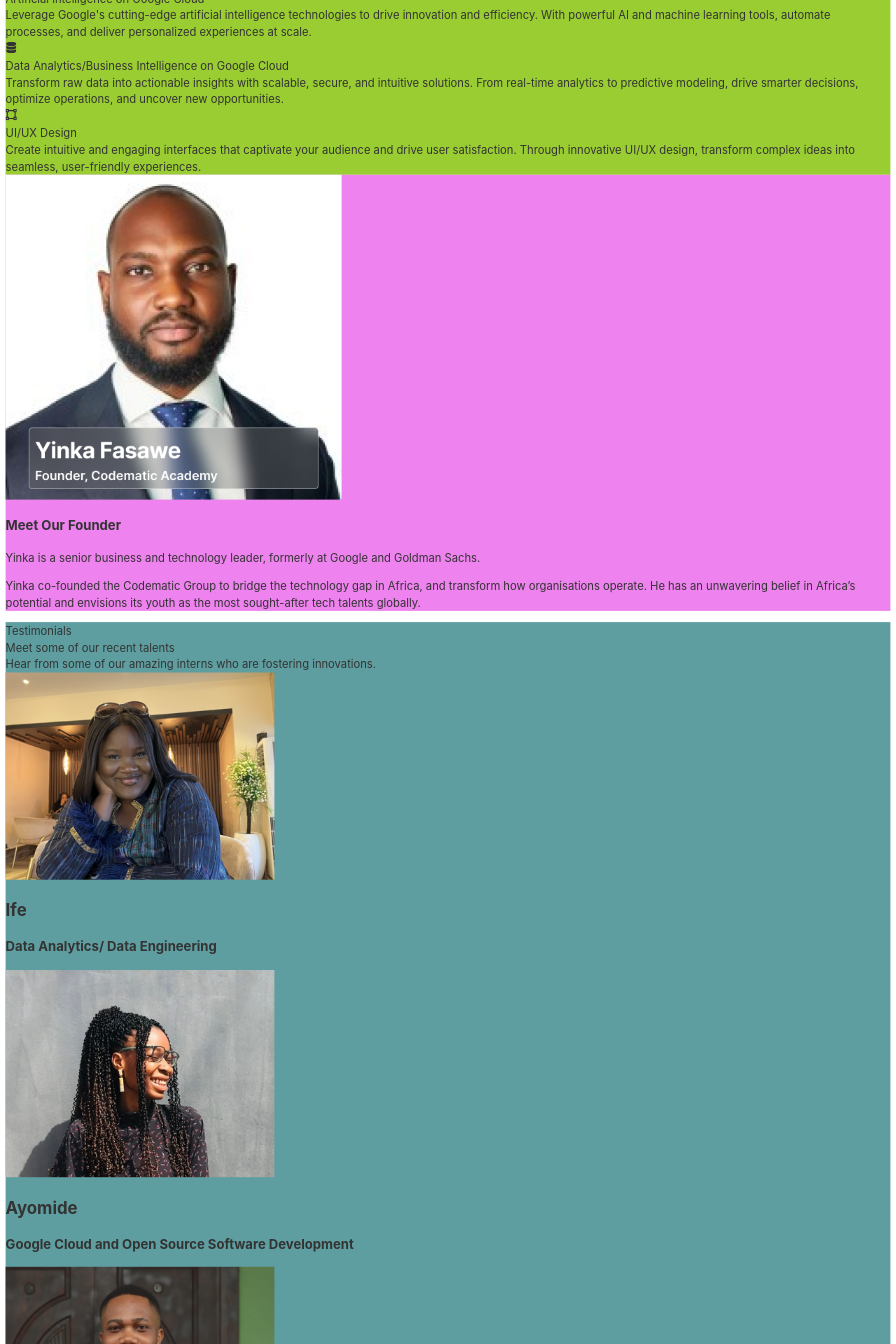
Repository: Gabriel221-dev/Codematic-page
Page: /
These files come from the project's save history. The page is drawn as it stood at one moment and after the next save; the edit follows.
The browser window is 1280 px wide. The pictures show the part of the page from y = 2414 to 4334 px (the page is 4952 px tall before and 5048 px after), at 70% of full size.
The project was rebuilt for these pictures with package versions that can differ from the ones it lists, and the page was loaded fresh each time. Also part of the build but not shown: vite.config.js.

Above is the page before, as saved 2024-07-25 11:28:29.

After the next save:
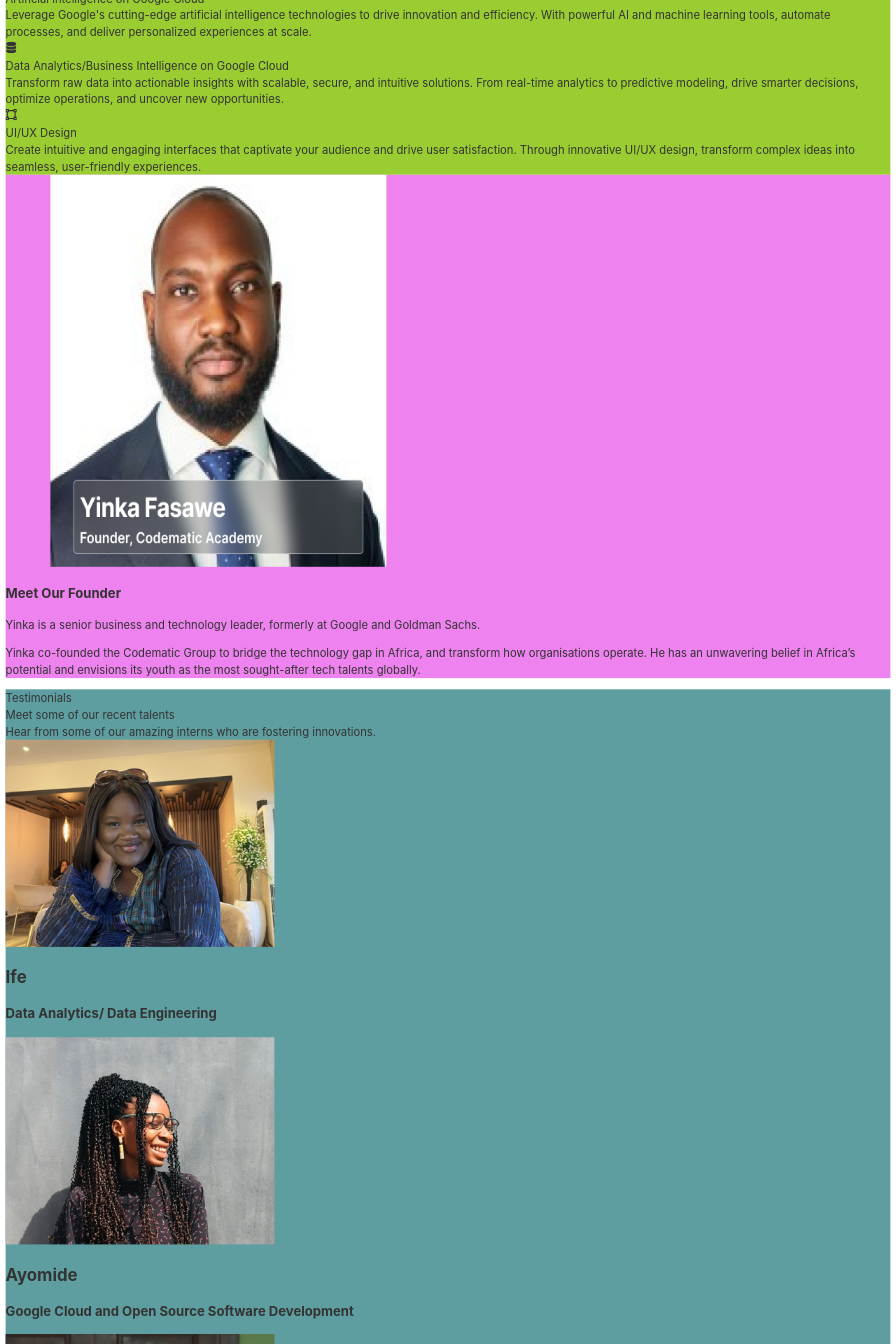
Saved 9 s later.
--- a/src/pages/Home.css
+++ b/src/pages/Home.css
@@ -175,7 +175,7 @@
     background-color:violet;
 }
 
-.home-5 img{
+.Home-5 img{
     font-size: 1.4rem;
     font-style: normal;
     color: #fff;
